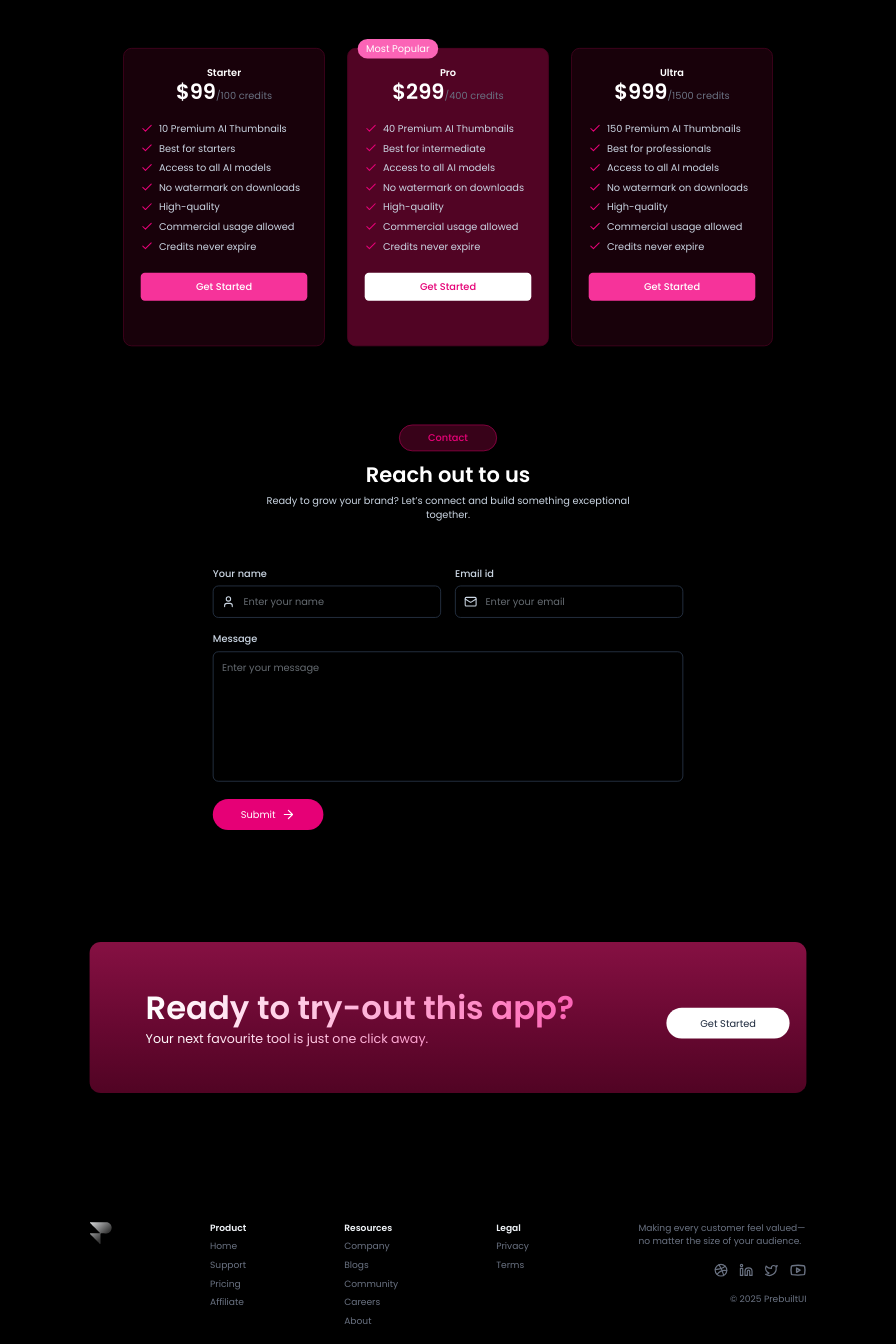
Repository: abhiraj33181/Thumblify
Page: / (app in client/)
An editor plug-in stored every save of this project. The page is shown before and after the next save, followed by the edit.
The browser window is 1280 px wide. The pictures show the part of the page from y = 3462 to 5382 px (the page is 5382 px tall before and 5362 px after), at 70% of full size.
The project was rebuilt for these pictures with package versions that can differ from the ones it lists, and the page was loaded fresh each time. Also part of the build but not shown: client/vite.config.ts.

Above is the page before, as saved 2026-01-08 10:01:29.

After the next save:
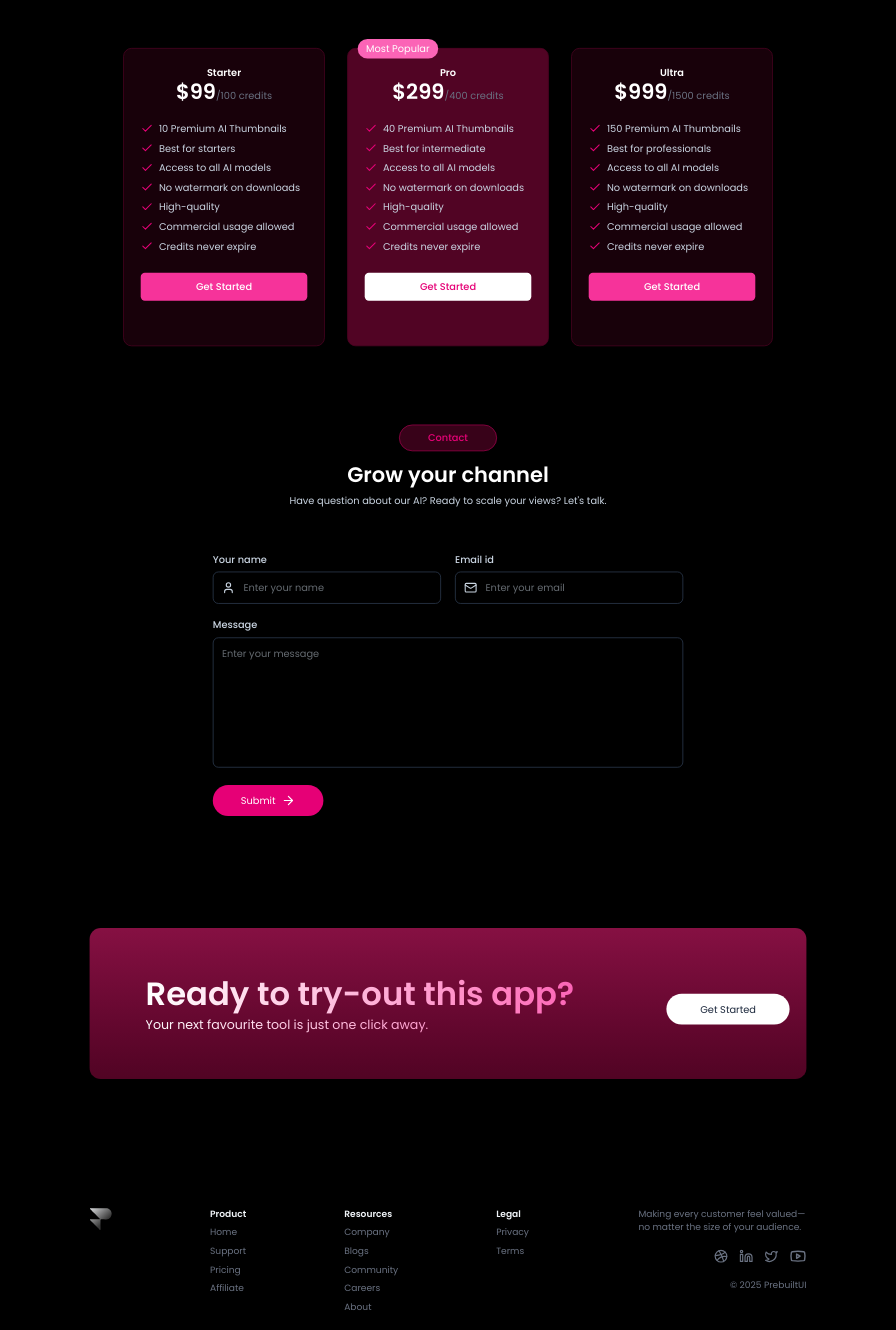
Saved 2 min 8 s later.
--- a/client/src/sections/ContactSection.tsx
+++ b/client/src/sections/ContactSection.tsx
@@ -6,7 +6,7 @@ import { motion } from "motion/react";
 export default function ContactSection() {
     return (
         <div className="px-4 md:px-16 lg:px-24 xl:px-32">
-            <SectionTitle text1="Contact" text2="Reach out to us" text3="Ready to grow your brand? Let’s connect and build something exceptional together." />
+            <SectionTitle text1="Contact" text2="Grow your channel" text3="Have question about our AI? Ready to scale your views? Let's talk." />
             <form onSubmit={(e) => e.preventDefault()} className='grid sm:grid-cols-2 gap-3 sm:gap-5 max-w-2xl mx-auto text-slate-300 mt-16 w-full' >
                 <motion.div
                     initial={{ y: 150, opacity: 0 }}
